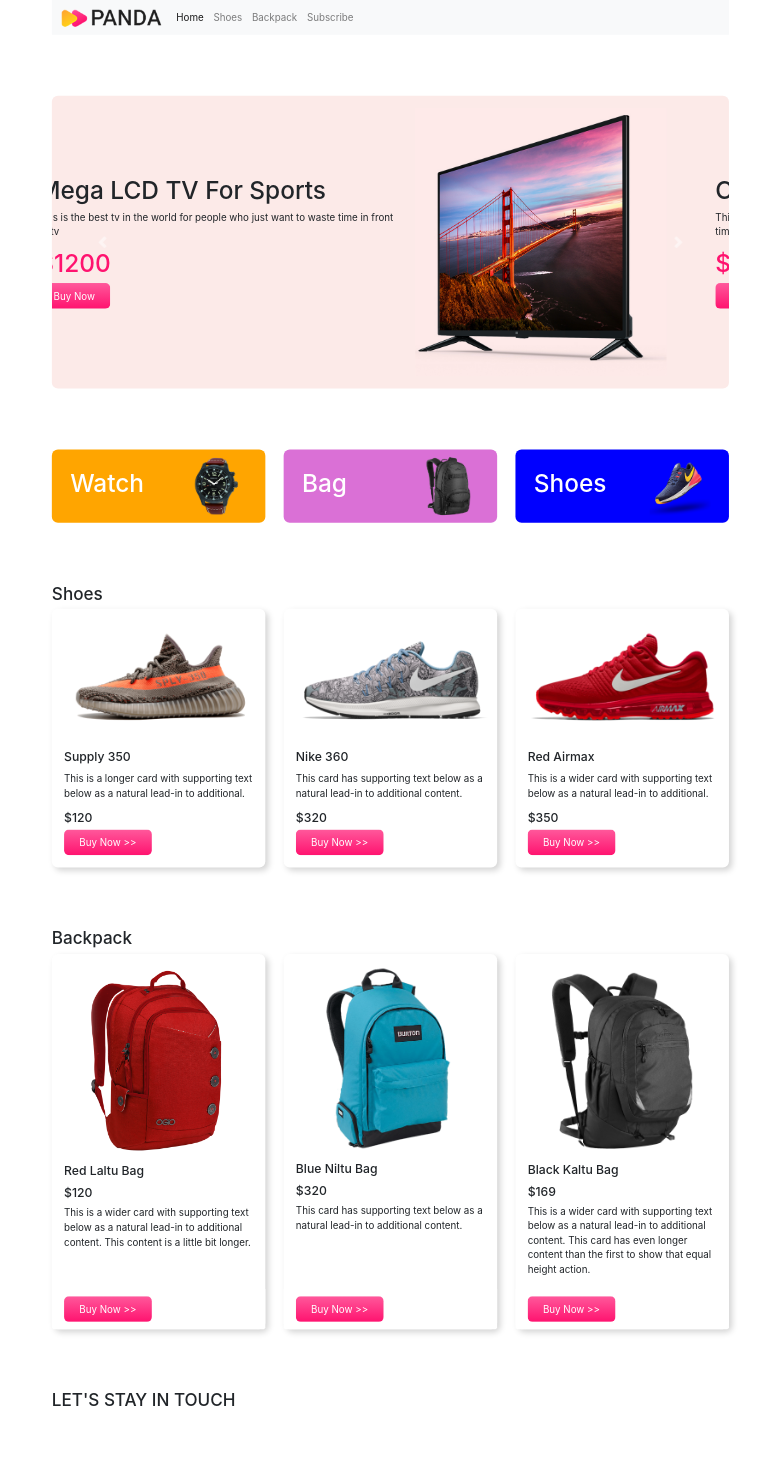
Repository: mohsinfarabi/panda-commerce
Page: index.html
An editor plug-in stored every save of this project. The page is shown before and after the next save, followed by the edit.
The browser window is 1280 px wide. The pictures show the whole page, at 61% of full size.

Above is the page before, as saved 2020-07-07 03:25:51.

### index.html
<!DOCTYPE html>
<html lang="en">

<head>
    <meta charset="UTF-8">
    <meta name="viewport" content="width=device-width, initial-scale=1.0">
    <title>Panda Commerce</title>
    <link rel="stylesheet" href="css/bootstrap/css/bootstrap.min.css">
    <link rel="stylesheet" href="style.css">
</head>

<body>
    <div class="container">
        <nav class="navbar navbar-expand-lg navbar-light bg-light">
            <a class="navbar-brand" href="#"><img src="images/logo.png" alt=""></a>
            <button class="navbar-toggler" type="button" data-toggle="collapse" data-target="#navbarNav" aria-controls="navbarNav" aria-expanded="false" aria-label="Toggle navigation">
              <span class="navbar-toggler-icon"></span>
            </button>
            <div class="collapse navbar-collapse" id="navbarNav">
                <ul class="navbar-nav">
                    <li class="nav-item active">
                        <a class="nav-link" href="#">Home <span class="sr-only">(current)</span></a>
                    </li>
                    <li class="nav-item">
                        <a class="nav-link" href="#shoes">Shoes</a>
                    </li>
                    <li class="nav-item">
                        <a class="nav-link" href="#backpack">Backpack</a>
                    </li>
                    <li class="nav-item">
                        <a class="nav-link" href="#subscribe">Subscribe</a>
                    </li>
                </ul>
            </div>
        </nav>
    </div>
    <div class="container">
        <div id="carouselExampleControls" class="carousel slide orange-bg" data-ride="carousel">
            <div class="carousel-inner">
                <div class="carousel-item active">
                    <div class="row align-items-center">
                        <div class="col-md-7">
                            <h1>Mega LCD TV For Sports</h1>
                            <p>This is the best tv in the world for people who just want to waste time in front of tv</p>
                            <h1 class="price">$1200</h1>
                            <button class="buy-now-button">Buy Now</button>
                        </div>
                        <div class="col-md-5">
                            <img src="images/banner-images/tv.png" class="d-block w-100" alt="...">
                        </div>
                    </div>
                </div>
                <div class="carousel-item">
                    <div class="row align-items-center">
                        <div class="col-md-7">
                            <h1>Cool Dude Headphone</h1>
                            <p>This is the best headdphone in the world for people who just want to waste time in front of funky world.</p>
                            <h1 class="price">$420</h1>
                            <button class="buy-now-button">Buy Now</button>
                        </div>
                        <div class="col-md-5">
                            <img src="images/banner-images/headphone.png" class="d-block w-100" alt="...">
                        </div>
                    </div>
                </div>
                <div class="carousel-item">
                    <div class="row align-items-center">
                        <div class="col-md-7">
                            <h1>Mega LCD TV For Sports</h1>
                            <p>This is the best x-box in the world for people who just want to waste time in front of fake sports.</p>
                            <h1 class="price">$600</h1>
                            <button class="buy-now-button">Buy Now</button>
                        </div>
                        <div class="col-md-5">
                            <img src="images/banner-images/xbox.png" class="d-block w-100" alt="...">
                        </div>
                    </div>
                </div>
            </div>
            <a class="carousel-control-prev" href="#carouselExampleControls" role="button" data-slide="prev">
                <span class="carousel-control-prev-icon" aria-hidden="true"></span>
                <span class="sr-only">Previous</span>
            </a>
            <a class="carousel-control-next" href="#carouselExampleControls" role="button" data-slide="next">
                <span class="carousel-control-next-icon" aria-hidden="true"></span>
                <span class="sr-only">Next</span>
            </a>
        </div>
    </div>

    <div class="container categories">
        <div class="row">
            <div class="col-md-4">
                <div class="d-flex justify-content-between align-items-center cat1">
                    <h1>Watch</h1>
                    <img src="images/categories/watch.png" alt="">
                </div>
            </div>
            <div class="col-md-4">
                <div class="d-flex justify-content-between align-items-center cat2">
                    <h1>Bag</h1>
                    <img src="images/categories/bag.png" alt="">
                </div>
            </div>
            <div class="col-md-4">
                <div class="d-flex justify-content-between align-items-center cat3">
                    <h1>Shoes</h1>
                    <img src="images/categories/shoes.png" alt="">
                </div>
            </div>
        </div>
    </div>

    <div class="container shoes" id="shoes">
        <h3>Shoes</h3>
        <div class="card-deck">
            <div class="card">
                <img src="images/shoes/shoe-1.png" class="card-img-top" alt="...">
                <div class="card-body">
                    <h5 class="card-title">Supply 350</h5>
                    <p class="card-text">This is a longer card with supporting text below as a natural lead-in to additional.</p>
                    <h5>$120</h5>
                    <button class="buy-now-button">Buy Now >></button>
                </div>
            </div>
            <div class="card">
                <img src="images/shoes/shoe-2.png" class="card-img-top" alt="...">
                <div class="card-body">
                    <h5 class="card-title">Nike 360</h5>
                    <p class="card-text">This card has supporting text below as a natural lead-in to additional content.</p>
                    <h5>$320</h5>
                    <button class="buy-now-button">Buy Now >></button>
                </div>
            </div>
            <div class="card">
                <img src="images/shoes/shoe-3.png" class="card-img-top" alt="...">
                <div class="card-body">
                    <h5 class="card-title">Red Airmax</h5>
                    <p class="card-text">This is a wider card with supporting text below as a natural lead-in to additional.</p>
                    <h5>$350</h5>
                    <button class="buy-now-button">Buy Now >></button>
                </div>
            </div>
        </div>
    </div>

    <div class="container" id="backpack">
        <h3>Backpack</h3>
        <div class="card-deck">
            <div class="card">
                <img src="images/bags/bag-1.png" class="card-img-top" alt="...">
                <div class="card-body">
                    <h5 class="card-title">Red Laltu Bag</h5>
                    <h5>$120</h5>
                    <p class="card-text">This is a wider card with supporting text below as a natural lead-in to additional content. This content is a little bit longer.</p>
                </div>
                <div class="card-footer">
                    <button class="buy-now-button">Buy Now >></button>
                </div>
            </div>
            <div class="card">
                <img src="images/bags/bag-2.png" class="card-img-top" alt="...">
                <div class="card-body">
                    <h5 class="card-title">Blue Niltu Bag</h5>
                    <h5>$320</h5>
                    <p class="card-text">This card has supporting text below as a natural lead-in to additional content.</p>
                </div>
                <div class="card-footer">
                    <button class="buy-now-button">Buy Now >></button>
                </div>
            </div>
            <div class="card">
                <img src="images/bags/bag-3.png" class="card-img-top" alt="...">
                <div class="card-body">
                    <h5 class="card-title">Black Kaltu Bag</h5>
                    <h5>$169</h5>
                    <p class="card-text">This is a wider card with supporting text below as a natural lead-in to additional content. This card has even longer content than the first to show that equal height action.</p>
                </div>
                <div class="card-footer">
                    <button class="buy-now-button">Buy Now >></button>
                </div>
            </div>
        </div>
    </div>

    <div class="container" id="subscribe">
        <h3>LET'S STAY IN TOUCH</h3>
    </div>


    <script src="https://code.jquery.com/jquery-3.5.1.slim.min.js" integrity="sha384-DfXdz2htPH0lsSSs5nCTpuj/zy4C+OGpamoFVy38MVBnE+IbbVYUew+OrCXaRkfj" crossorigin="anonymous"></script>
    <script src="https://cdn.jsdelivr.net/npm/popper.js@1.16.0/dist/umd/popper.min.js" integrity="sha384-Q6E9RHvbIyZFJoft+2mJbHaEWldlvI9IOYy5n3zV9zzTtmI3UksdQRVvoxMfooAo" crossorigin="anonymous"></script>
    <script src="https://stackpath.bootstrapcdn.com/bootstrap/4.5.0/js/bootstrap.min.js" integrity="sha384-OgVRvuATP1z7JjHLkuOU7Xw704+h835Lr+6QL9UvYjZE3Ipu6Tp75j7Bh/kR0JKI" crossorigin="anonymous"></script>
</body>

</html>

### style.css
.container {
    margin-bottom: 100px;
}

.orange-bg {
    background-color: #fceae8;
    border-radius: 10px;
}

.carousel-item {
    padding: 20px 40px;
}

.price {
    color: #ff136f;
}

.buy-now-button {
    background-image: linear-gradient(to bottom, #FF589B 0%, #FF136F 100%);
    color: #fff;
    border: none;
    border-radius: 8px;
    padding: 9px 25px;
    cursor: pointer;
}

.cat1,
.cat2,
.cat3 {
    padding: 10px 30px;
    border-radius: 10px;
}

.cat1 {
    background-color: orange;
}

.cat2 {
    background-color: orchid;
}

.cat3 {
    background-color: blue;
}

.categories h1 {
    color: white;
}

.categories img {
    width: 100px;
}

.card {
    border: none;
    border-radius: 10px;
    box-shadow: 5px 5px 10px lightgray;
}

.card-footer {
    background-color: white;
    border-top: none;
}

Loaded but not shown: css/bootstrap/css/bootstrap.min.css (library)

After the next save:
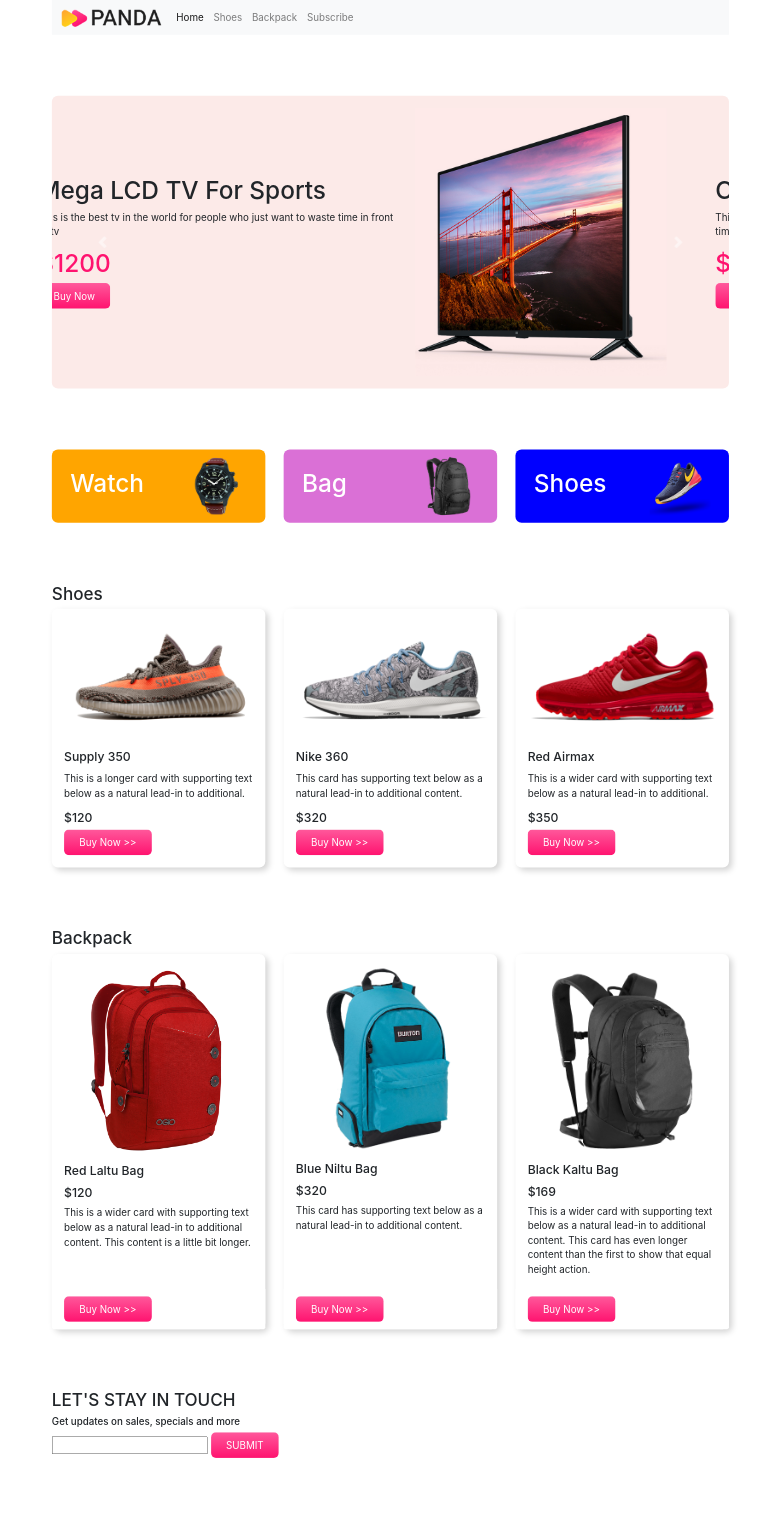
Saved 46 s later.
--- a/index.html
+++ b/index.html
@@ -185,6 +185,9 @@
 
     <div class="container" id="subscribe">
         <h3>LET'S STAY IN TOUCH</h3>
+        <h6>Get updates on sales, specials and more</h6>
+        <input type="text">
+        <button class="buy-now-button">SUBMIT</button>
     </div>
 
 
